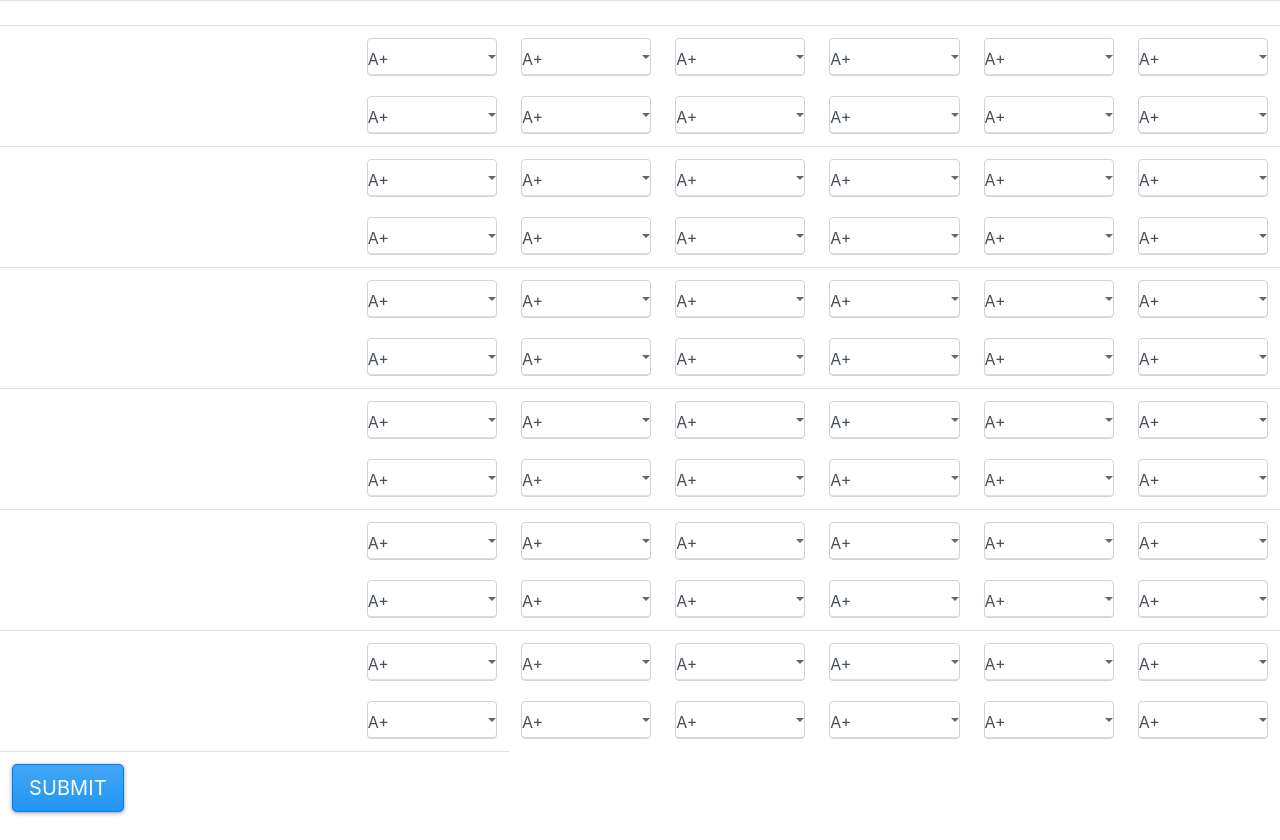
Repository: amit-gadia/final-project
Page: templates/academics/timetable.html
The author's editor kept a copy of each file at every save. The page is drawn from the files as they stood at one save, then again after the next save.
The browser window is 1280 px wide. The pictures show the whole page.
Some web fonts or font styles are not loaded; a fallback is used. The template is drawn by Flask 3. The application's start-up code is not run. Other server files are loaded and not shown. The template is opened directly, without the code that normally fills it, so the values that code supplies are empty.

Above is the page before, as saved 2021-06-06 01:42:08.
Console error: ReferenceError: jQuery is not defined

### templates/academics/timetable.html
<html>
  <head>
  <link rel="stylesheet" href="css/bootstrap.min.css">
      <link rel="stylesheet" href="css/bootstrap.css">
      <script src="js/script.js"></script>
      <script src="https://ajax.googleapis.com/ajax/libs/jquery/3.5.1/jquery.min.js"></script>
      <!-- jQuery -->
      <link rel="stylesheet" href= "https://maxcdn.bootstrapcdn.com/bootstrap/4.3.1/css/bootstrap.min.css">

  <script src= "https://ajax.googleapis.com/ajax/libs/jquery/3.3.1/jquery.min.js">
  </script>

  <script src= "https://cdnjs.cloudflare.com/ajax/libs/popper.js/1.14.7/umd/popper.min.js">
  </script>

  <script src= "https://maxcdn.bootstrapcdn.com/bootstrap/4.3.1/js/bootstrap.min.js">
  </script>  <script src="https://maxcdn.bootstrapcdn.com/bootstrap/3.4.1/js/bootstrap.min.js"></script>

      <link href="https://fonts.googleapis.com/css2?family=Aladin&display=swap" rel="stylesheet">
      <style>
          .navcolor{
              background: linear-gradient(90deg, #1575cf 5.13%, #00A9FC 77.11%);
          }
          .nav-link{
              font-size: x-large;
          }
          .loader {
            position: fixed;
            left: 0px;
            top: 0px;
            width: 100%;
            height: 100%;
            z-index: 9999;
            background-color: #ffffffcf;
        }
        .loader img{
            position: relative;
            margin-left: 35%;
            margin-top: 7.5%;
        }


      </style>
  </head>
  <body>
<div class="loader" ><img width="350px" height="350px" src="{{url_for('static', filename='img/Poornima_UniversityLogo.png')}}"></div>
<div>
  <center>
<form action="/addnewrole" method="POST" enctype="multipart/form-data">
    <table class="table table-hover">
      <tbody>
        <tr>
          {%for i in range(7)%}
          <td>
          {{time[i]}}
          </td>
          {%endfor%}
          </tr>
        {%for i in range(6)%}

        <tr>
          <td>
          {{day[i]}}
            </td>

          {%for j in range(6)%}
            <td ><select class="form-control" name="bg" id="exampleInputPassword1" placeholder="bg" >
              <option value="ap">A+</option>
              </select>
            <br>
              <select class="form-control" name="bg" id="exampleInputPassword1" placeholder="bg" >
              <option value="ap">A+</option>
              <option value="an">A-</option>
              <option value="bp">B+</option>
              <option value="bn">B-</option>
              <option value="abp">AB+</option>
              <option value="abn">AB-</option>
              <option value="op">O+</option>
              <option value="on">O-</option>
              </select>
            </td>

            {%endfor%}
          </tr>
            {%endfor%}

        <tr>
          <td><input type="submit" class="btn btn-primary btn-lg"></td>
          <th></th>
        </tr>
      </tbody>
    </table>
    </form>
    </center>
<script>
    window.onload = function()
    {
        //display loader on page load
        $('.loader').fadeOut();
    }

  $('#video_id').on('loadstart', function (event) {
    $(this).addClass('loading');
  });
</script>
</body>
</html>

### static/js/script.js
(function ($) {
    'use strict';

    // Sticky Menu
    $(window).scroll(function () {
      if ($('.navigation').offset().top > 100) {
        $('.navigation').addClass('nav-bg');
      } else {
        $('.navigation').removeClass('nav-bg');
      }
    });

    // team slider
    $('.team-slider').slick({
      dots: false,
      infinite: false,
      speed: 1000,
      autoplay: true,
      autoplaySpeed: 5000,
      slidesToShow: 3,
      slidesToScroll: 1,
      arrows: true,
      prevArrow: '<button type=\'button\' class=\'prevArrow\'><i class=\'ti-arrow-left\'></i></button>',
      nextArrow: '<button type=\'button\' class=\'nextArrow\'><i class=\'ti-arrow-right\'></i></button>',
      responsive: [{
          breakpoint: 1024,
          settings: {
            slidesToShow: 3,
            slidesToScroll: 1
          }
        },
        {
          breakpoint: 991,
          settings: {
            slidesToShow: 2,
            slidesToScroll: 1
          }
        },
        {
          breakpoint: 767,
          settings: {
            slidesToShow: 1,
            slidesToScroll: 1
          }
        }
      ]
    });

    // clients logo slider
    $('.client-logo-slider').slick({
      infinite: true,
      slidesToShow: 5,
      slidesToScroll: 1,
      autoplay: true,
      dots: false,
      arrows: false,
      responsive: [{
          breakpoint: 1024,
          settings: {
            slidesToShow: 3,
            slidesToScroll: 1
          }
        },
        {
          breakpoint: 600,
          settings: {
            slidesToShow: 3,
            slidesToScroll: 1
          }
        },
        {
          breakpoint: 480,
          settings: {
            slidesToShow: 2,
            slidesToScroll: 1
          }
        },
        {
          breakpoint: 400,
          settings: {
            slidesToShow: 1,
            slidesToScroll: 1
          }
        }
      ]
    });

    // about video popup
    $(document).ready(function () {
      $('.venobox').venobox();
    });

    // animation scroll js
    var html_body = $('html, body');
    $('.page-scroll').on('click', function () { //use page-scroll class in any HTML tag for scrolling
      if (location.pathname.replace(/^\//, '') === this.pathname.replace(/^\//, '') && location.hostname === this.hostname) {
        var target = $(this.hash);
        target = target.length ? target : $('[name=' + this.hash.slice(1) + ']');
        if (target.length) {
          html_body.animate({
            scrollTop: target.offset().top - 50
          }, 1500, 'easeInOutExpo');
          return false;
        }
      }
    });

    // easeInOutExpo Declaration
    jQuery.extend(jQuery.easing, {
      easeInOutExpo: function (x, t, b, c, d) {
        if (t === 0) {return b;}
        if (t === d) {return b + c;}
        if ((t /= d / 2) < 1) {return c / 2 * Math.pow(2, 10 * (t - 1));} + b;
        return c / 2 * (-Math.pow(2, -10 * --t) + 2) + b;
      }
    });

  })(jQuery);

Loaded but not shown: static/css/bootstrap.min.css (library); static/css/bootstrap.css (library)

After the next save:
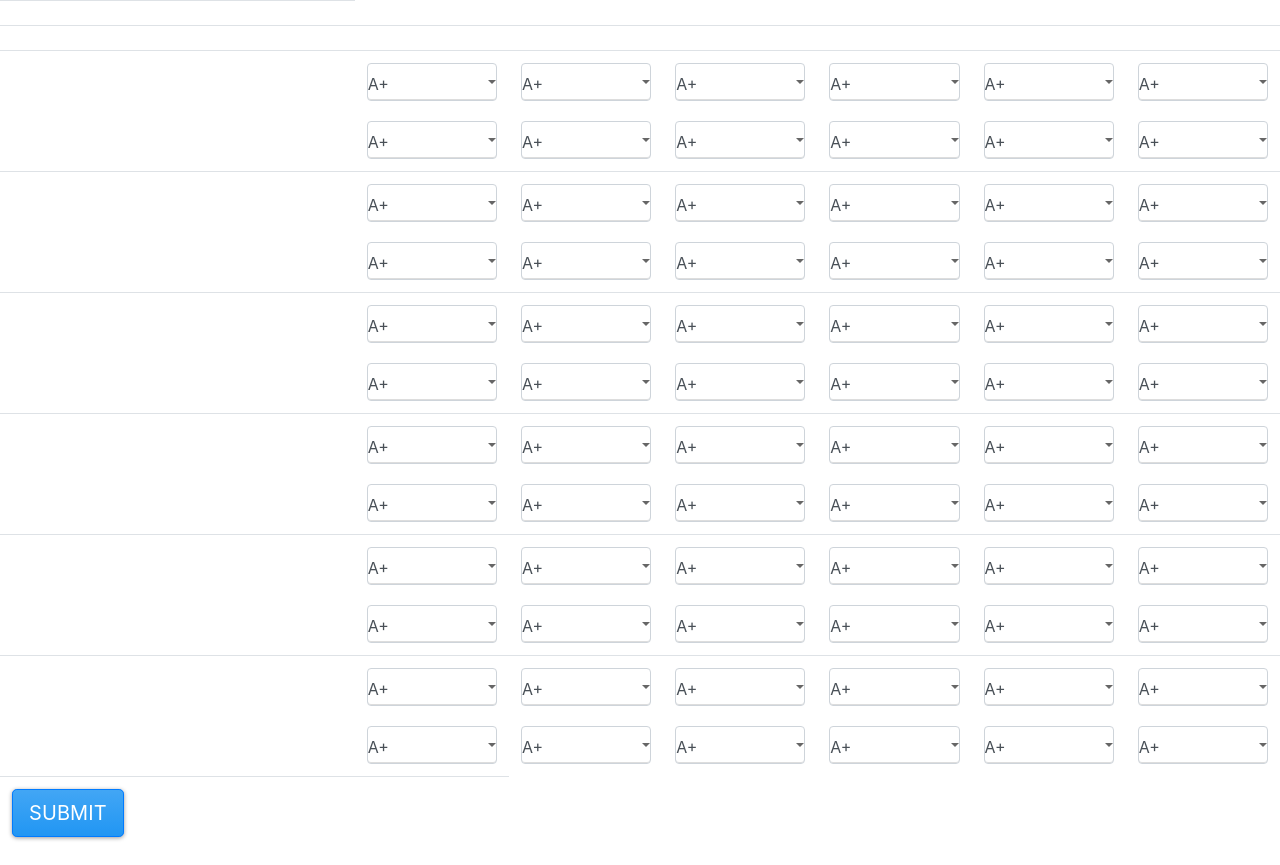
Saved 31 min 33 s later.
--- a/templates/academics/timetable.html
+++ b/templates/academics/timetable.html
@@ -49,6 +49,11 @@
 <form action="/addnewrole" method="POST" enctype="multipart/form-data">
     <table class="table table-hover">
       <tbody>
+        <tr>
+          <td>
+
+          </td>
+        </tr>
         <tr>
           {%for i in range(7)%}
           <td>
